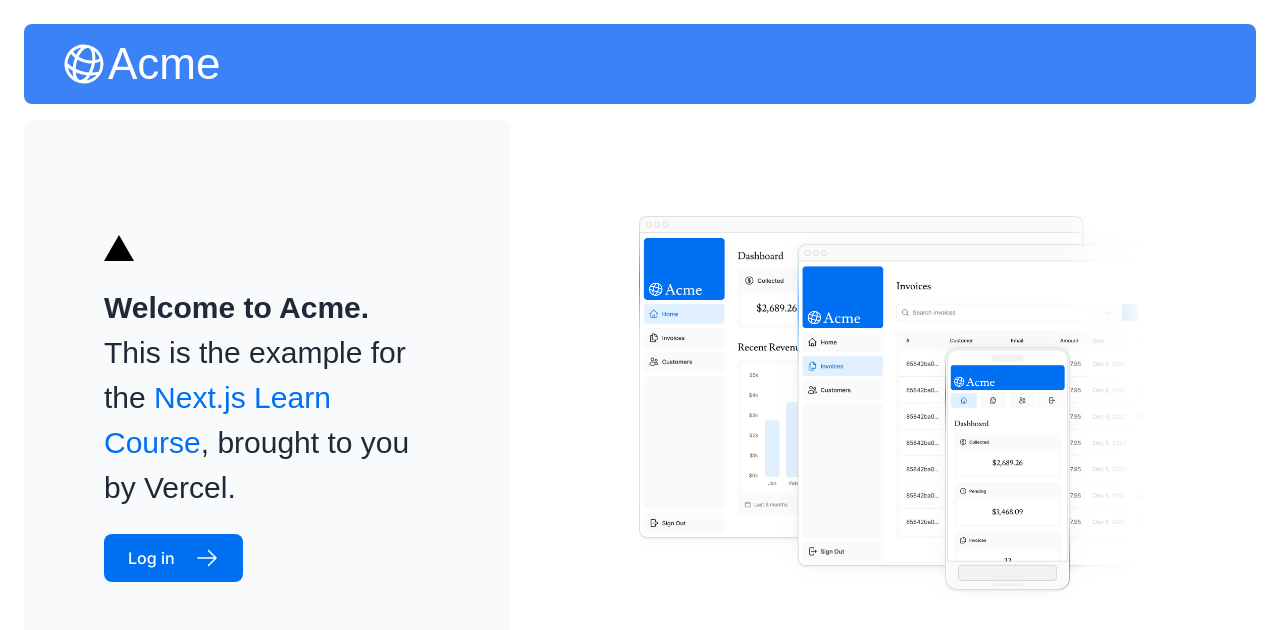
Repository: rlhardrock/NextJS
Page: /
The author's editor kept a copy of each file at every save. The page is drawn from the files as they stood at one save, then again after the next save.
The browser window is 1280 px wide. The pictures show the whole page.
Some web fonts or font styles are not loaded; a fallback is used. The project was rebuilt for these pictures with package versions that can differ from the ones it lists, and the page was loaded fresh each time. The framework's server and built-in components were replaced by stand-ins that run in the browser. Also part of the build but not shown: next.config.ts.

Above is the page before, as saved 2024-12-15 21:17:25.

After the next save:
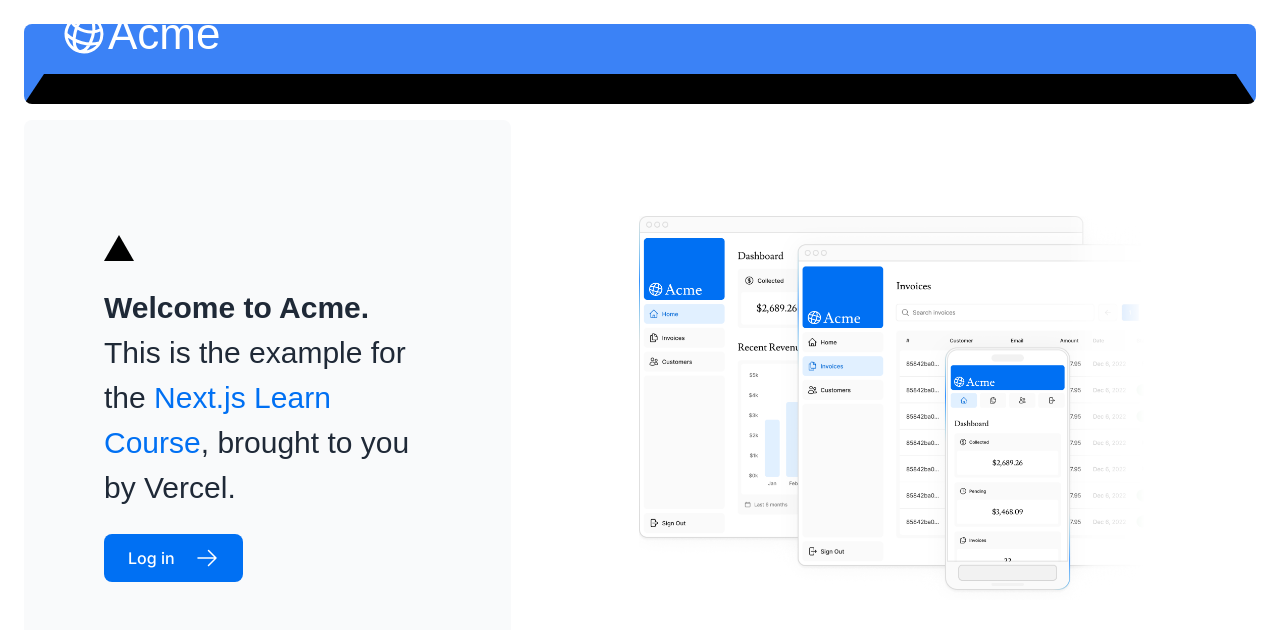
Saved 42 s later.
--- a/app/ui/home.module.css
+++ b/app/ui/home.module.css
@@ -1,7 +1,7 @@
 .shape {
   /* height: 0; */
   /* width: 0; */
-  /* border-bottom: 30px solid black; */
+  border-bottom: 30px solid black;
   border-left: 20px solid transparent;
   border-right: 20px solid transparent;
   display: flex; /* Corresponde a "flex" */
